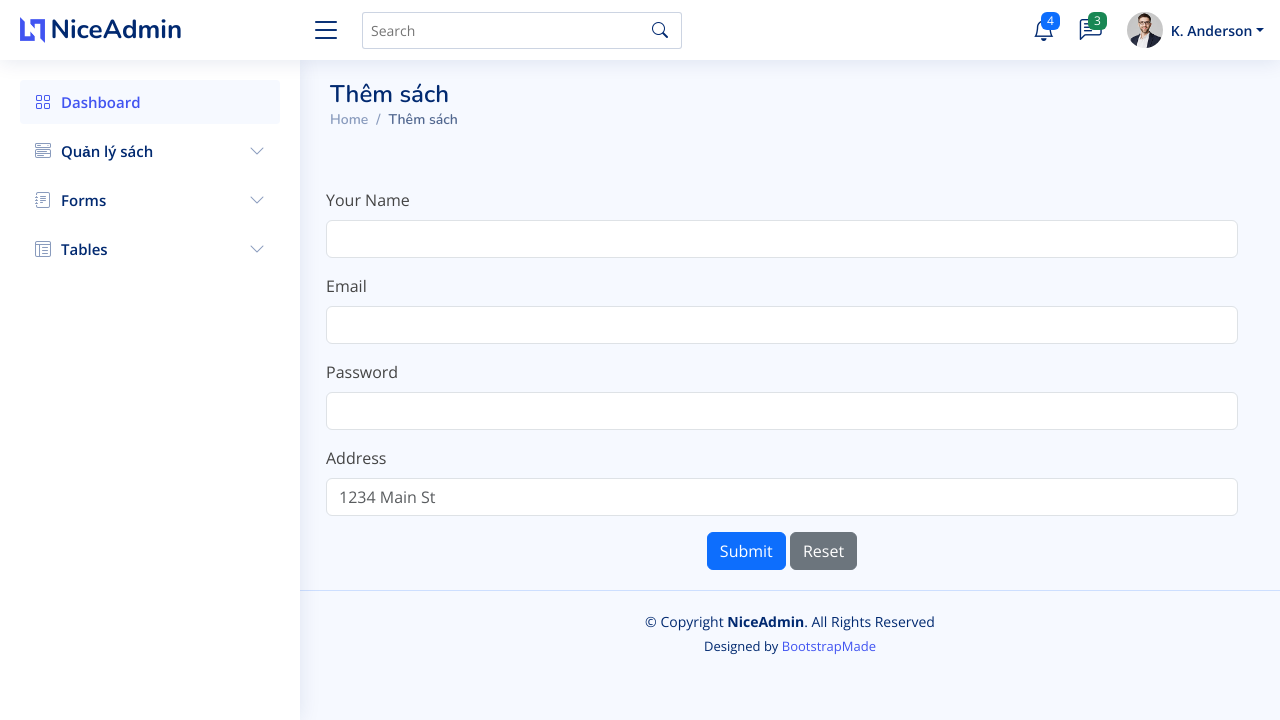
Repository: Hoainam7895123/library_manager
Page: http://localhost/library_manager/addBook.jsp
The author's editor kept a copy of each file at every save. The page is drawn from the files as they stood at one save, then again after the next save.
The browser window is 1280 px wide. The pictures show the whole page.
The page is served by Tomcat 9. Other server files are loaded and not shown.

Above is the page before, as saved 2024-06-06 01:09:34.

### library_manager/src/main/webapp/addBook.jsp
<%@page import="java.util.ArrayList"%>
<%@page import="model.Book"%>
<%@ page language="java" contentType="text/html; charset=UTF-8"
	pageEncoding="UTF-8"%>
<!DOCTYPE html>
<html lang="en">

<head>
<meta charset="utf-8">
<meta content="width=device-width, initial-scale=1.0" name="viewport">

<title>Dashboard - NiceAdmin Bootstrap Template</title>
<meta content="" name="description">
<meta content="" name="keywords">

<!-- Favicons -->
<link href="/img/favicon.png" rel="icon">
<link href="/img/apple-touch-icon.png" rel="apple-touch-icon">

<!-- Google Fonts -->
<link href="https://fonts.gstatic.com" rel="preconnect">
<link
	href="https://fonts.googleapis.com/css?family=Open+Sans:300,300i,400,400i,600,600i,700,700i|Nunito:300,300i,400,400i,600,600i,700,700i|Poppins:300,300i,400,400i,500,500i,600,600i,700,700i"
	rel="stylesheet">

<!-- Vendor CSS Files -->
<link href="css/bootstrap.min.css" rel="stylesheet">
<link href="css/bootstrap-icons/bootstrap-icons.css" rel="stylesheet">
<link href="css/boxicons.min.css" rel="stylesheet">
<link href="css/quill.snow.css" rel="stylesheet">
<link href="css/quill.bubble.css" rel="stylesheet">
<link href="css/remixicon.css" rel="stylesheet">
<link href="css/style.css" rel="stylesheet">

<!-- Template Main CSS File -->
<link href="css/stylex.css" rel="stylesheet">

<!-- =======================================================
  * Template Name: NiceAdmin
  * Template URL: https://bootstrapmade.com/nice-admin-bootstrap-admin-html-template/
  * Updated: Apr 20 2024 with Bootstrap v5.3.3
  * Author: BootstrapMade.com
  * License: https://bootstrapmade.com/license/
  ======================================================== -->
</head>

<body>

	<!-- ======= Header ======= -->
	<header id="header" class="header fixed-top d-flex align-items-center">

		<div class="d-flex align-items-center justify-content-between">
			<a href="index.html" class="logo d-flex align-items-center"> <img
				src="assets/img/logo.png" alt=""> <span
				class="d-none d-lg-block">NiceAdmin</span>
			</a> <i class="bi bi-list toggle-sidebar-btn"></i>
		</div>
		<!-- End Logo -->

		<div class="search-bar">
			<form class="search-form d-flex align-items-center" method="POST"
				action="#">
				<input type="text" name="query" placeholder="Search"
					title="Enter search keyword">
				<button type="submit" title="Search">
					<i class="bi bi-search"></i>
				</button>
			</form>
		</div>
		<!-- End Search Bar -->

		<nav class="header-nav ms-auto">
			<ul class="d-flex align-items-center">

				<li class="nav-item d-block d-lg-none"><a
					class="nav-link nav-icon search-bar-toggle " href="#"> <i
						class="bi bi-search"></i>
				</a></li>
				<!-- End Search Icon-->

				<li class="nav-item dropdown"><a class="nav-link nav-icon"
					href="#" data-bs-toggle="dropdown"> <i class="bi bi-bell"></i>
						<span class="badge bg-primary badge-number">4</span>
				</a> <!-- End Notification Icon -->

					<ul
						class="dropdown-menu dropdown-menu-end dropdown-menu-arrow notifications">
						<li class="dropdown-header">You have 4 new notifications <a
							href="#"><span class="badge rounded-pill bg-primary p-2 ms-2">View
									all</span></a>
						</li>
						<li>
							<hr class="dropdown-divider">
						</li>

						<li class="notification-item"><i
							class="bi bi-exclamation-circle text-warning"></i>
							<div>
								<h4>Lorem Ipsum</h4>
								<p>Quae dolorem earum veritatis oditseno</p>
								<p>30 min. ago</p>
							</div></li>

						<li>
							<hr class="dropdown-divider">
						</li>

						<li class="notification-item"><i
							class="bi bi-x-circle text-danger"></i>
							<div>
								<h4>Atque rerum nesciunt</h4>
								<p>Quae dolorem earum veritatis oditseno</p>
								<p>1 hr. ago</p>
							</div></li>

						<li>
							<hr class="dropdown-divider">
						</li>

						<li class="notification-item"><i
							class="bi bi-check-circle text-success"></i>
							<div>
								<h4>Sit rerum fuga</h4>
								<p>Quae dolorem earum veritatis oditseno</p>
								<p>2 hrs. ago</p>
							</div></li>

						<li>
							<hr class="dropdown-divider">
						</li>

						<li class="notification-item"><i
							class="bi bi-info-circle text-primary"></i>
							<div>
								<h4>Dicta reprehenderit</h4>
								<p>Quae dolorem earum veritatis oditseno</p>
								<p>4 hrs. ago</p>
							</div></li>

						<li>
							<hr class="dropdown-divider">
						</li>
						<li class="dropdown-footer"><a href="#">Show all
								notifications</a></li>

					</ul> <!-- End Notification Dropdown Items --></li>
				<!-- End Notification Nav -->

				<li class="nav-item dropdown"><a class="nav-link nav-icon"
					href="#" data-bs-toggle="dropdown"> <i
						class="bi bi-chat-left-text"></i> <span
						class="badge bg-success badge-number">3</span>
				</a> <!-- End Messages Icon -->

					<ul
						class="dropdown-menu dropdown-menu-end dropdown-menu-arrow messages">
						<li class="dropdown-header">You have 3 new messages <a
							href="#"><span class="badge rounded-pill bg-primary p-2 ms-2">View
									all</span></a>
						</li>
						<li>
							<hr class="dropdown-divider">
						</li>

						<li class="message-item"><a href="#"> <img
								src="assets/img/messages-1.jpg" alt="" class="rounded-circle">
								<div>
									<h4>Maria Hudson</h4>
									<p>Velit asperiores et ducimus soluta repudiandae labore
										officia est ut...</p>
									<p>4 hrs. ago</p>
								</div>
						</a></li>
						<li>
							<hr class="dropdown-divider">
						</li>

						<li class="message-item"><a href="#"> <img
								src="assets/img/messages-2.jpg" alt="" class="rounded-circle">
								<div>
									<h4>Anna Nelson</h4>
									<p>Velit asperiores et ducimus soluta repudiandae labore
										officia est ut...</p>
									<p>6 hrs. ago</p>
								</div>
						</a></li>
						<li>
							<hr class="dropdown-divider">
						</li>

						<li class="message-item"><a href="#"> <img
								src="assets/img/messages-3.jpg" alt="" class="rounded-circle">
								<div>
									<h4>David Muldon</h4>
									<p>Velit asperiores et ducimus soluta repudiandae labore
										officia est ut...</p>
									<p>8 hrs. ago</p>
								</div>
						</a></li>
						<li>
							<hr class="dropdown-divider">
						</li>

						<li class="dropdown-footer"><a href="#">Show all messages</a>
						</li>

					</ul> <!-- End Messages Dropdown Items --></li>
				<!-- End Messages Nav -->

				<li class="nav-item dropdown pe-3"><a
					class="nav-link nav-profile d-flex align-items-center pe-0"
					href="#" data-bs-toggle="dropdown"> <img
						src="assets/img/profile-img.jpg" alt="Profile"
						class="rounded-circle"> <span
						class="d-none d-md-block dropdown-toggle ps-2">K. Anderson</span>
				</a> <!-- End Profile Iamge Icon -->

					<ul
						class="dropdown-menu dropdown-menu-end dropdown-menu-arrow profile">
						<li class="dropdown-header">
							<h6>Kevin Anderson</h6> <span>Web Designer</span>
						</li>
						<li>
							<hr class="dropdown-divider">
						</li>

						<li><a class="dropdown-item d-flex align-items-center"
							href="users-profile.html"> <i class="bi bi-person"></i> <span>My
									Profile</span>
						</a></li>
						<li>
							<hr class="dropdown-divider">
						</li>

						<li><a class="dropdown-item d-flex align-items-center"
							href="users-profile.html"> <i class="bi bi-gear"></i> <span>Account
									Settings</span>
						</a></li>
						<li>
							<hr class="dropdown-divider">
						</li>

						<li><a class="dropdown-item d-flex align-items-center"
							href="pages-faq.html"> <i class="bi bi-question-circle"></i>
								<span>Need Help?</span>
						</a></li>
						<li>
							<hr class="dropdown-divider">
						</li>

						<li><a class="dropdown-item d-flex align-items-center"
							href="#"> <i class="bi bi-box-arrow-right"></i> <span>Sign
									Out</span>
						</a></li>

					</ul> <!-- End Profile Dropdown Items --></li>
				<!-- End Profile Nav -->

			</ul>
		</nav>
		<!-- End Icons Navigation -->

	</header>
	<!-- End Header -->

	<!-- ======= Sidebar ======= -->
	<aside id="sidebar" class="sidebar">

		<ul class="sidebar-nav" id="sidebar-nav">

			<li class="nav-item"><a class="nav-link " href="index.html">
					<i class="bi bi-grid"></i> <span>Dashboard</span>
			</a></li>
			<!-- End Dashboard Nav -->

			<li class="nav-item"><a class="nav-link collapsed"
				data-bs-target="#components-nav" data-bs-toggle="collapse" href="#">
					<i class="bi bi-menu-button-wide"></i><span>Quản lý sách</span><i
					class="bi bi-chevron-down ms-auto"></i>
			</a>
				<ul id="components-nav" class="nav-content collapse "
					data-bs-parent="#sidebar-nav">
					<li><a href="components-alerts.html"> <i
							class="bi bi-circle"></i><span>Alerts</span>
					</a></li>
					<li><a href="components-accordion.html"> <i
							class="bi bi-circle"></i><span>Accordion</span>
					</a></li>
					<li><a href="components-badges.html"> <i
							class="bi bi-circle"></i><span>Badges</span>
					</a></li>
				</ul></li>
			<!-- End Components Nav -->

			<li class="nav-item"><a class="nav-link collapsed"
				data-bs-target="#forms-nav" data-bs-toggle="collapse" href="#">
					<i class="bi bi-journal-text"></i><span>Forms</span><i
					class="bi bi-chevron-down ms-auto"></i>
			</a>
				<ul id="forms-nav" class="nav-content collapse "
					data-bs-parent="#sidebar-nav">
					<li><a href="forms-elements.html"> <i class="bi bi-circle"></i><span>Form
								Elements</span>
					</a></li>
					<li><a href="forms-layouts.html"> <i class="bi bi-circle"></i><span>Form
								Layouts</span>
					</a></li>
				</ul></li>
			<!-- End Forms Nav -->

			<li class="nav-item"><a class="nav-link collapsed"
				data-bs-target="#tables-nav" data-bs-toggle="collapse" href="#">
					<i class="bi bi-layout-text-window-reverse"></i><span>Tables</span><i
					class="bi bi-chevron-down ms-auto"></i>
			</a>
				<ul id="tables-nav" class="nav-content collapse "
					data-bs-parent="#sidebar-nav">
					<li><a href="tables-general.html"> <i class="bi bi-circle"></i><span>General
								Tables</span>
					</a></li>
					<li><a href="tables-data.html"> <i class="bi bi-circle"></i><span>Data
								Tables</span>
					</a></li>
				</ul></li>
			<!-- End Tables Nav -->

		</ul>

	</aside>
	<!-- End Sidebar-->

	<main id="main" class="main">

		<div class="pagetitle">
			<div class="row">
				<div class="col-10">
					<h1>Thêm sách</h1>
					<nav>
						<ol class="breadcrumb">
							<li class="breadcrumb-item"><a href="index.html">Home</a></li>
							<li class="breadcrumb-item active">Thêm sách</li>
						</ol>
					</nav>
				</div>
				<div class="col-2">
				</div>
			</div>
		</div>
		<!-- End Page Title -->

		<section class="section dashboard">
			<div class="row">
				<!-- Vertical Form -->
              <form class="row g-3">
                <div class="col-12">
                  <label for="inputNanme4" class="form-label">Your Name</label>
                  <input type="text" class="form-control" id="inputNanme4">
                </div>
                <div class="col-12">
                  <label for="inputEmail4" class="form-label">Email</label>
                  <input type="email" class="form-control" id="inputEmail4">
                </div>
                <div class="col-12">
                  <label for="inputPassword4" class="form-label">Password</label>
                  <input type="password" class="form-control" id="inputPassword4">
                </div>
                <div class="col-12">
                  <label for="inputAddress" class="form-label">Address</label>
                  <input type="text" class="form-control" id="inputAddress" placeholder="1234 Main St">
                </div>
                <div class="text-center">
                  <button type="submit" class="btn btn-primary">Submit</button>
                  <button type="reset" class="btn btn-secondary">Reset</button>
                </div>
              </form><!-- Vertical Form -->
			</div>
		</section>

	</main>
	<!-- End #main -->

	<!-- ======= Footer ======= -->
	<footer id="footer" class="footer">
		<div class="copyright">
			&copy; Copyright <strong><span>NiceAdmin</span></strong>. All Rights
			Reserved
		</div>
		<div class="credits">
			<!-- All the links in the footer should remain intact. -->
			<!-- You can delete the links only if you purchased the pro version. -->
			<!-- Licensing information: https://bootstrapmade.com/license/ -->
			<!-- Purchase the pro version with working PHP/AJAX contact form: https://bootstrapmade.com/nice-admin-bootstrap-admin-html-template/ -->
			Designed by <a href="https://bootstrapmade.com/">BootstrapMade</a>
		</div>
	</footer>
	<!-- End Footer -->

	<a href="#"
		class="back-to-top d-flex align-items-center justify-content-center"><i
		class="bi bi-arrow-up-short"></i></a>

	<!-- Vendor JS Files -->
	<script src="${pageContext.request.contextPath}/js/apexcharts.min.js"></script>
	<script
		src="${pageContext.request.contextPath}/js/bootstrap.bundle.min.js"></script>

	<script src="/js/echarts.min.js"></script>

	<script src="/js/tinymce.min.js"></script>
	<script src="/js/validate.js"></script>
	<!-- Template Main JS File -->
	<script src="/js/main.js"></script>

</body>

</html>

### library_manager/src/main/webapp/css/style.css
.datatable-wrapper.no-header .datatable-container {
	border-top: 1px solid #d9d9d9;
}

.datatable-wrapper.no-footer .datatable-container {
	border-bottom: 1px solid #d9d9d9;
}

.datatable-top,
.datatable-bottom {
	padding: 8px 10px;
}

.datatable-top > nav:first-child,
.datatable-top > div:first-child,
.datatable-bottom > nav:first-child,
.datatable-bottom > div:first-child {
	float: left;
}

.datatable-top > nav:last-child,
.datatable-top > div:not(first-child),
.datatable-bottom > nav:last-child,
.datatable-bottom > div:last-child {
	float: right;
}

.datatable-selector {
	padding: 6px;
}

.datatable-input {
	padding: 6px 12px;
}

.datatable-info {
	margin: 7px 0;
}

/* PAGER */
.datatable-pagination ul {
	margin: 0;
	padding-left: 0;
}

.datatable-pagination li {
	list-style: none;
	float: left;
}

.datatable-pagination li.datatable-hidden {
    visibility: hidden;
}

.datatable-pagination a,
.datatable-pagination button {
	border: 1px solid transparent;
	float: left;
	margin-left: 2px;
	padding: 6px 12px;
	position: relative;
	text-decoration: none;
	color: #333;
    cursor: pointer;
}

.datatable-pagination a:hover,
.datatable-pagination button:hover {
	background-color: #d9d9d9;
}

.datatable-pagination .datatable-active a,
.datatable-pagination .datatable-active a:focus,
.datatable-pagination .datatable-active a:hover,
.datatable-pagination .datatable-active button,
.datatable-pagination .datatable-active button:focus,
.datatable-pagination .datatable-active button:hover {
	background-color: #d9d9d9;
	cursor: default;
}

.datatable-pagination .datatable-ellipsis a,
.datatable-pagination .datatable-disabled a,
.datatable-pagination .datatable-disabled a:focus,
.datatable-pagination .datatable-disabled a:hover,
.datatable-pagination .datatable-ellipsis button,
.datatable-pagination .datatable-disabled button,
.datatable-pagination .datatable-disabled button:focus,
.datatable-pagination .datatable-disabled button:hover {
    pointer-events: none;
    cursor: default;
}

.datatable-pagination .datatable-disabled a,
.datatable-pagination .datatable-disabled a:focus,
.datatable-pagination .datatable-disabled a:hover,
.datatable-pagination .datatable-disabled button,
.datatable-pagination .datatable-disabled button:focus,
.datatable-pagination .datatable-disabled button:hover {
	cursor: not-allowed;
	opacity: 0.4;
}

.datatable-pagination .datatable-pagination a,
.datatable-pagination .datatable-pagination button {
	font-weight: bold;
}

/* TABLE */
.datatable-table {
	max-width: 100%;
	width: 100%;
	border-spacing: 0;
	border-collapse: separate;
}

.datatable-table > tbody > tr > td,
.datatable-table > tbody > tr > th,
.datatable-table > tfoot > tr > td,
.datatable-table > tfoot > tr > th,
.datatable-table > thead > tr > td,
.datatable-table > thead > tr > th {
	vertical-align: top;
	padding: 8px 10px;
}

.datatable-table > thead > tr > th {
	vertical-align: bottom;
	text-align: left;
	border-bottom: 1px solid #d9d9d9;
}

.datatable-table > tfoot > tr > th {
	vertical-align: bottom;
	text-align: left;
	border-top: 1px solid #d9d9d9;
}

.datatable-table th {
	vertical-align: bottom;
	text-align: left;
}

.datatable-table th a {
	text-decoration: none;
	color: inherit;
}

.datatable-table th button,
.datatable-pagination-list button {
    color: inherit;
    border: 0;
    background-color: inherit;
    cursor: pointer;
    text-align: inherit;
    font-weight: inherit;
    font-size: inherit;
}

.datatable-sorter, .datatable-filter {
	display: inline-block;
	height: 100%;
	position: relative;
	width: 100%;
}

.datatable-sorter::before,
.datatable-sorter::after {
	content: "";
	height: 0;
	width: 0;
	position: absolute;
	right: 4px;
	border-left: 4px solid transparent;
	border-right: 4px solid transparent;
	opacity: 0.2;
}


.datatable-sorter::before {
	border-top: 4px solid #000;
	bottom: 0px;
}

.datatable-sorter::after {
	border-bottom: 4px solid #000;
	border-top: 4px solid transparent;
	top: 0px;
}

.datatable-ascending .datatable-sorter::after,
.datatable-descending .datatable-sorter::before,
.datatable-ascending .datatable-filter::after,
.datatable-descending .datatable-filter::before {
	opacity: 0.6;
}

.datatable-filter::before {
    content: "";
    position: absolute;
    right: 4px;
    opacity: 0.2;
    width: 0;
    height: 0;
    border-left: 7px solid transparent;
    border-right: 7px solid transparent;
	border-radius: 50%;
    border-top: 10px solid #000;
    top: 25%;
}

.datatable-filter-active .datatable-filter::before {
    opacity: 0.6;
}

.datatable-empty {
	text-align: center;
}

.datatable-top::after, .datatable-bottom::after {
	clear: both;
	content: " ";
	display: table;
}

table.datatable-table:focus tr.datatable-cursor > td:first-child {
	border-left: 3px blue solid;
}

table.datatable-table:focus {
	outline: solid 1px black;
    outline-offset: -1px;
}

Loaded but not shown: library_manager/src/main/webapp/css/bootstrap.min.css (library); library_manager/src/main/webapp/css/bootstrap-icons/bootstrap-icons.css (library); library_manager/src/main/webapp/css/boxicons.min.css (library); library_manager/src/main/webapp/css/quill.snow.css (library); library_manager/src/main/webapp/css/quill.bubble.css (library); library_manager/src/main/webapp/js/apexcharts.min.js (library); library_manager/src/main/webapp/js/bootstrap.bundle.min.js (library); library_manager/src/main/webapp/js/echarts.min.js (library); library_manager/src/main/webapp/js/tinymce.min.js (library); library_manager/src/main/webapp/js/main.js (319 lines, source omitted); library_manager/src/main/webapp/js/validate.js (85 lines, source omitted); library_manager/src/main/webapp/css/remixicon.css (2895 lines, source omitted); library_manager/src/main/webapp/css/stylex.css (1233 lines, source omitted)

After the next save:
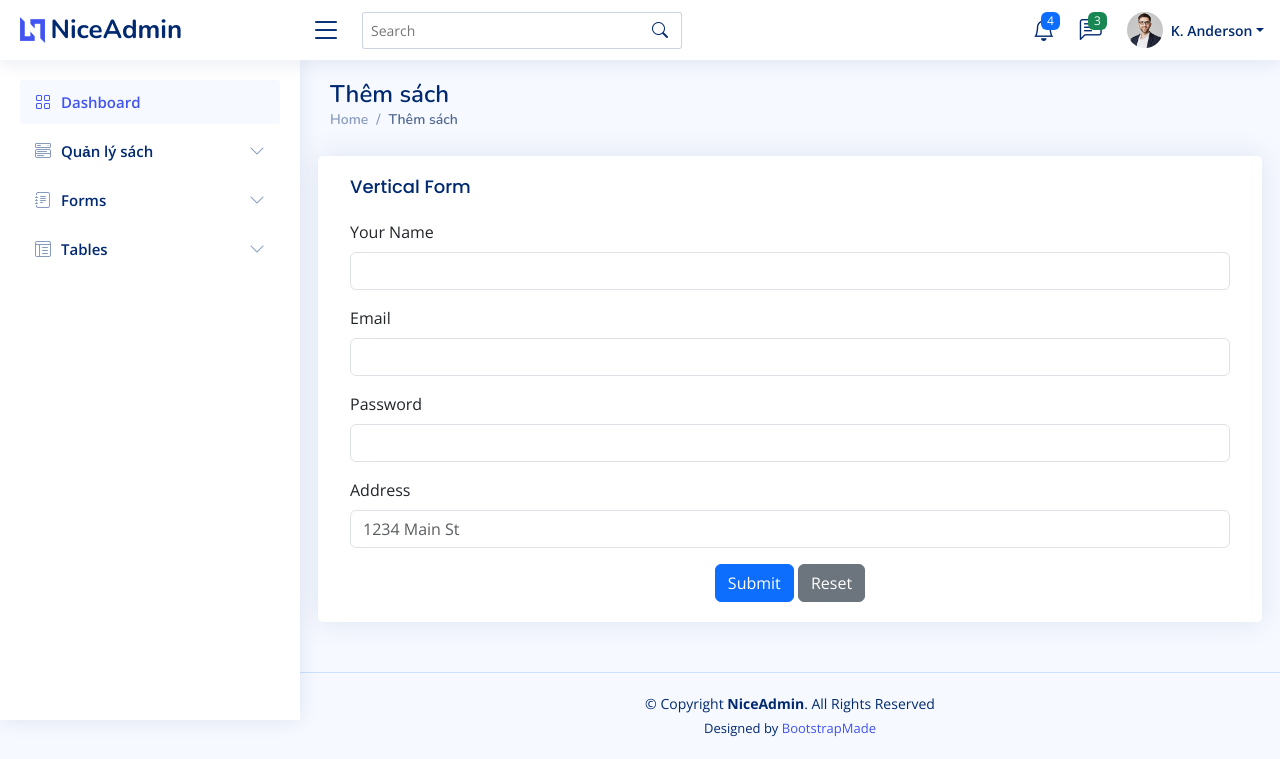
Saved 43 s later.
--- a/library_manager/src/main/webapp/addBook.jsp
+++ b/library_manager/src/main/webapp/addBook.jsp
@@ -351,6 +351,11 @@
 		<section class="section dashboard">
 			<div class="row">
 				<!-- Vertical Form -->
+              <div class="card">
+            <div class="card-body">
+              <h5 class="card-title">Vertical Form</h5>
+
+              <!-- Vertical Form -->
               <form class="row g-3">
                 <div class="col-12">
                   <label for="inputNanme4" class="form-label">Your Name</label>
@@ -373,6 +378,9 @@
                   <button type="reset" class="btn btn-secondary">Reset</button>
                 </div>
               </form><!-- Vertical Form -->
+
+            </div>
+          </div>
 			</div>
 		</section>
 
